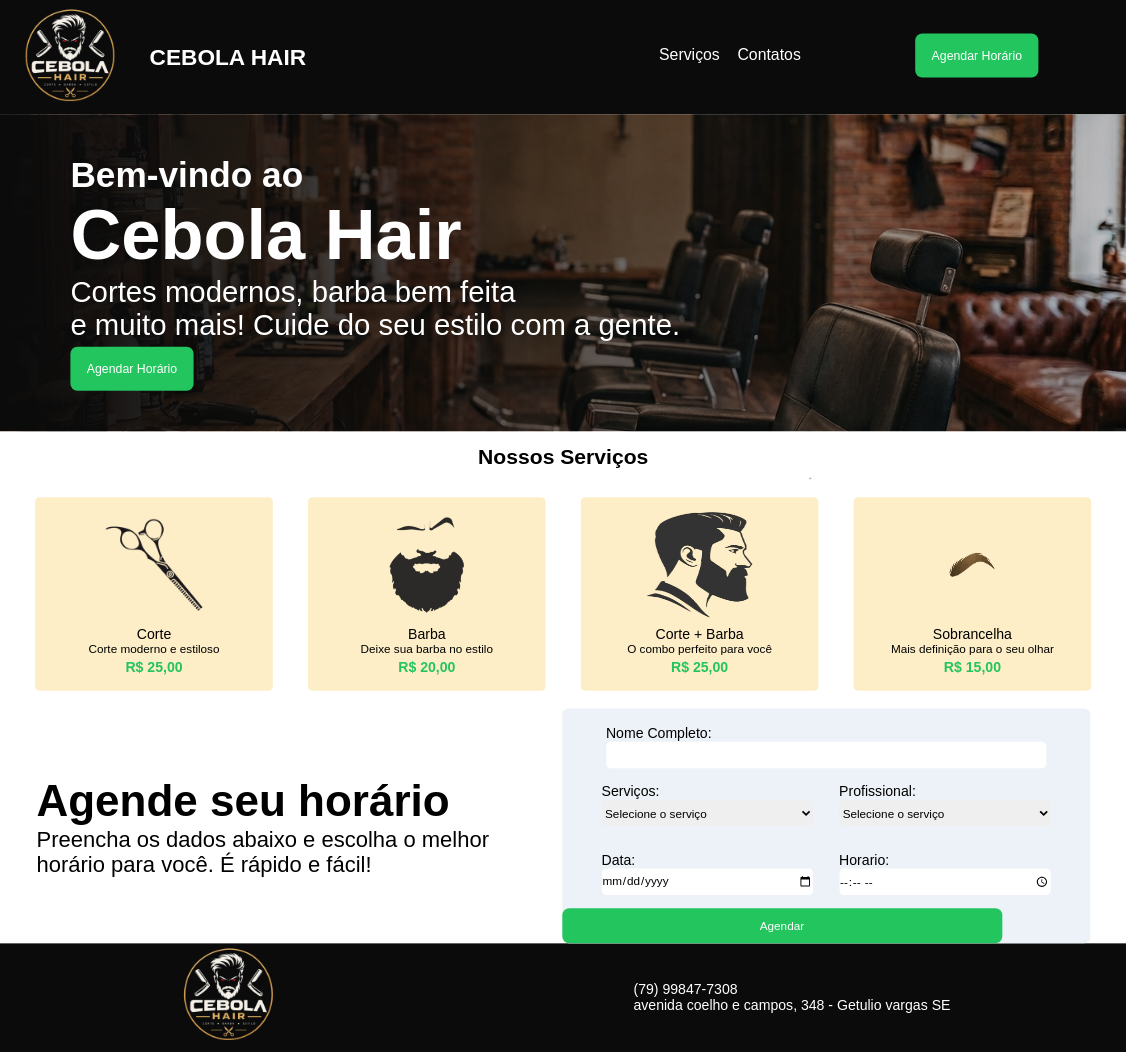
Repository: antonymsantana-design/final.activitie1
Page: index.html
The author's editor kept a copy of each file at every save. The page is drawn from the files as they stood at one save, then again after a run of saves.
The browser window is 1280 px wide. The pictures show the whole page, at 88% of full size.

Above is the page before, as saved 2026-09-15 20:08:02.

After the next 2 saves:
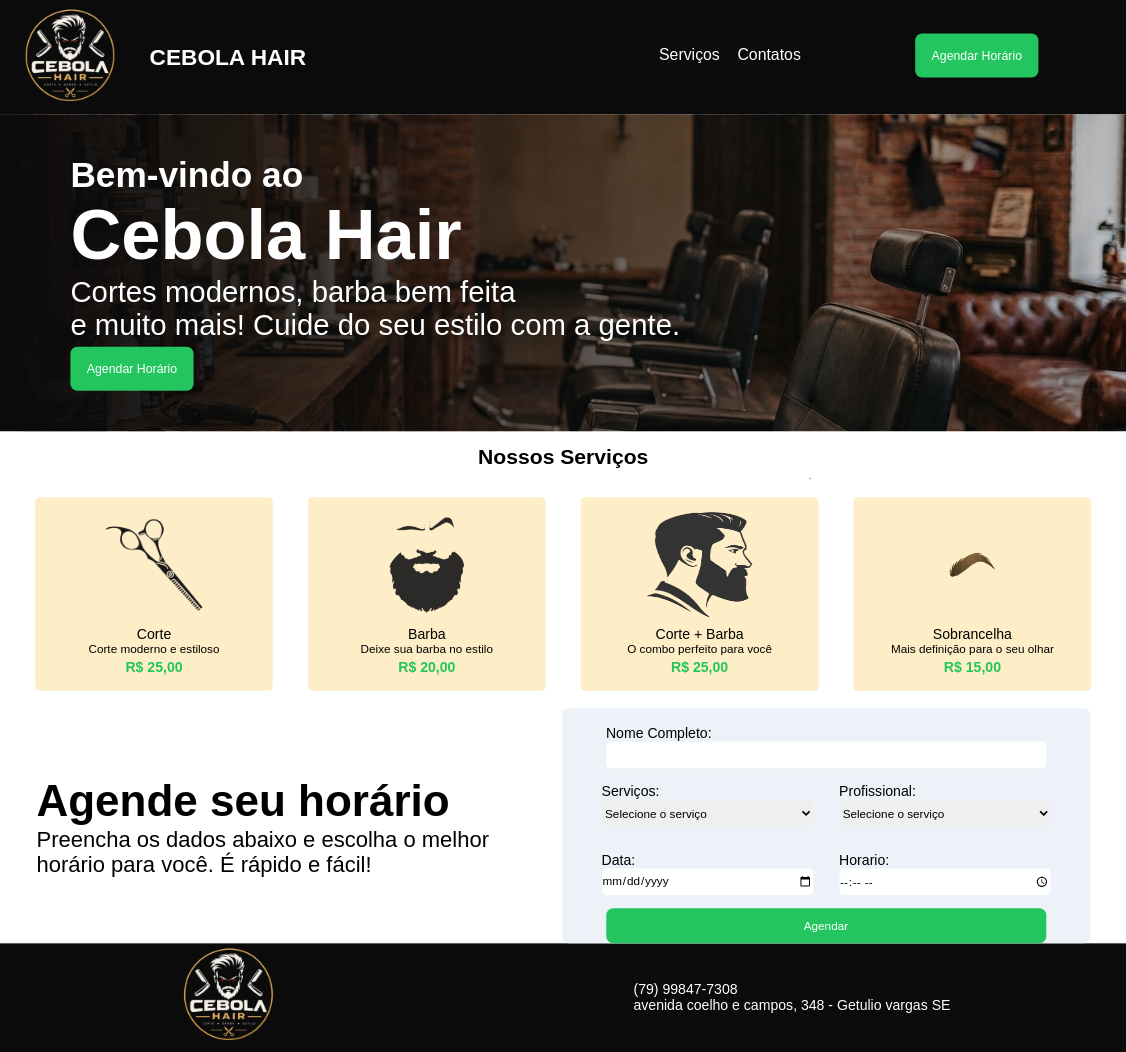
The 2 saves are shown as one change because they came seconds apart.
The last was saved 5 s later.
--- a/style.css
+++ b/style.css
@@ -237,3 +237,9 @@ footer{
 .agendarbtn:hover {
     transform: translateY(-5px);
 }
+
+.btnAgendar{
+    display: flex;
+    justify-content: center;
+    align-items: center;
+}
